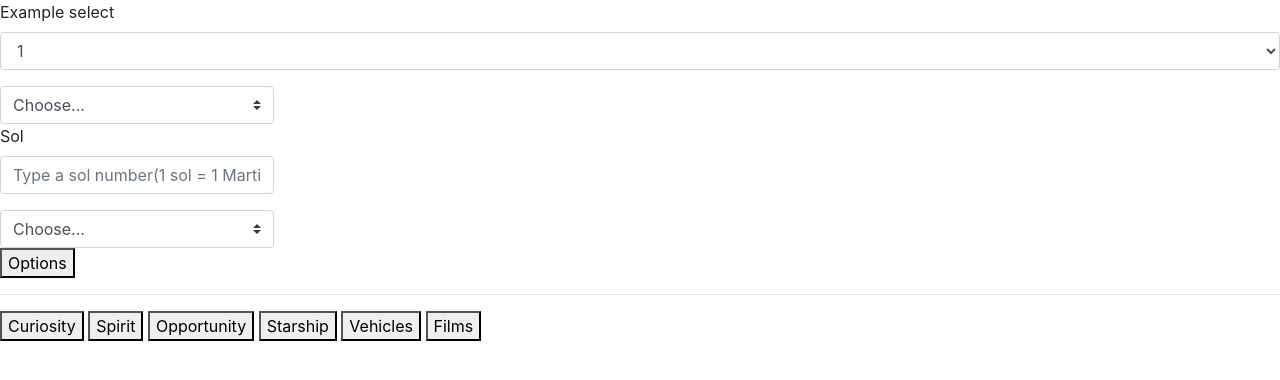
Repository: romqrq/Red-Planet-Explorer
Page: index.1.html
The author's editor kept a record of every edit. The page is drawn from the files as they stood at one moment, then again after the next edit.
The browser window is 1280 px wide. The pictures show the whole page.
Some web fonts or font styles are not loaded; a fallback is used. Some web libraries are served in a nearby version.

Above is the page before.

After the next edit:
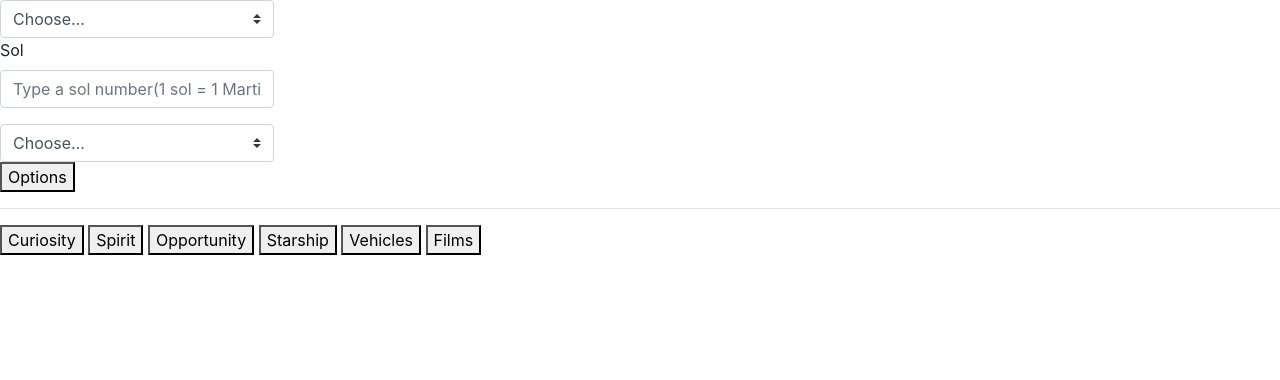
The edit:
--- a/index.1.html
+++ b/index.1.html
@@ -20,19 +20,7 @@
 
 <body>
 
-    <form>
 
-        <div class="form-group">
-            <label for="exampleFormControlSelect1">Example select</label>
-            <select class="form-control" id="exampleFormControlSelect1">
-              <option>1</option>
-              <option>2</option>
-              <option>3</option>
-              <option>4</option>
-              <option>5</option>
-            </select>
-        </div>
-    </form>
 
 
     <!--<button id="roverNameButton" value="curiosity"></button>-->
